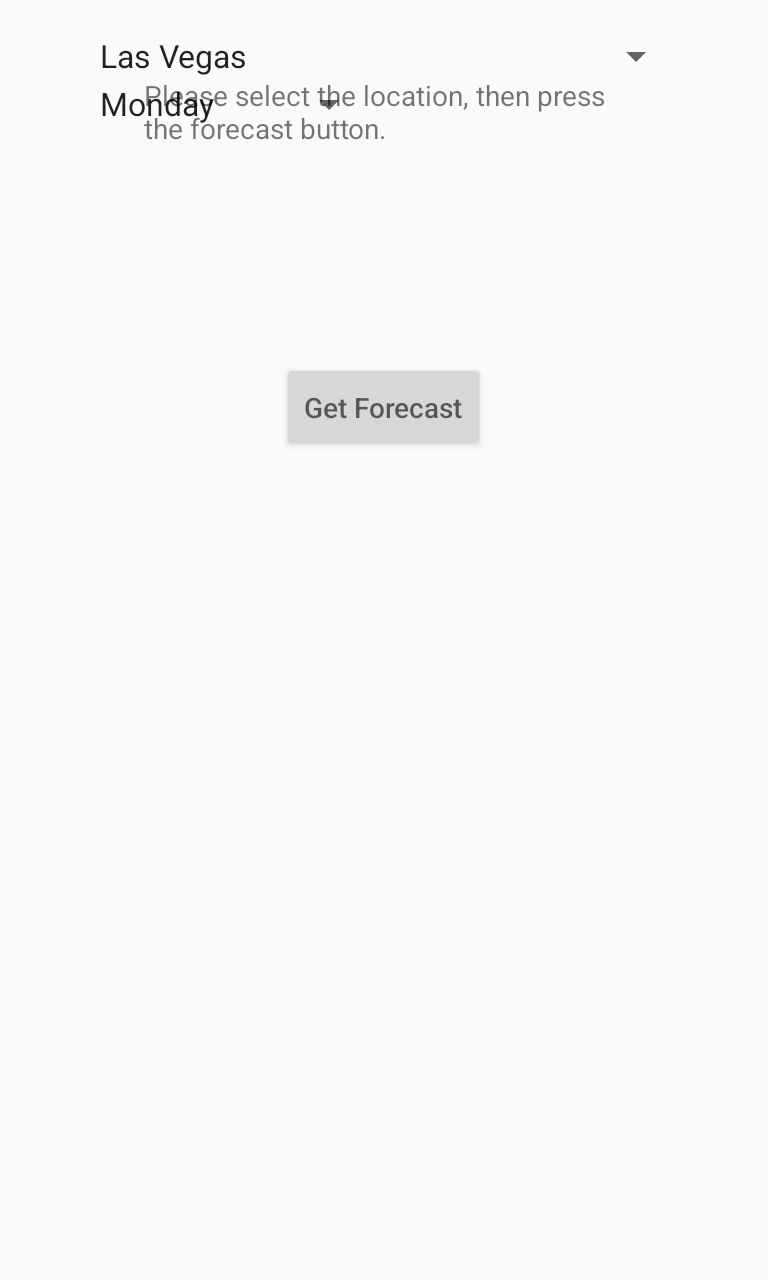
Repository: g80349/Java1
Layout: Week2/Weather/res/layout/activity_main.xml
These files come from the project's save history. The layout is drawn as it stood at one moment and after the next save; the edit follows.
It is drawn on a 768 x 1280 px phone screen (xhdpi) without system bars, with theme AppTheme; the app's code is not run.

Above is the layout before, as saved 2014-04-10 16:44:08.

After the next save:
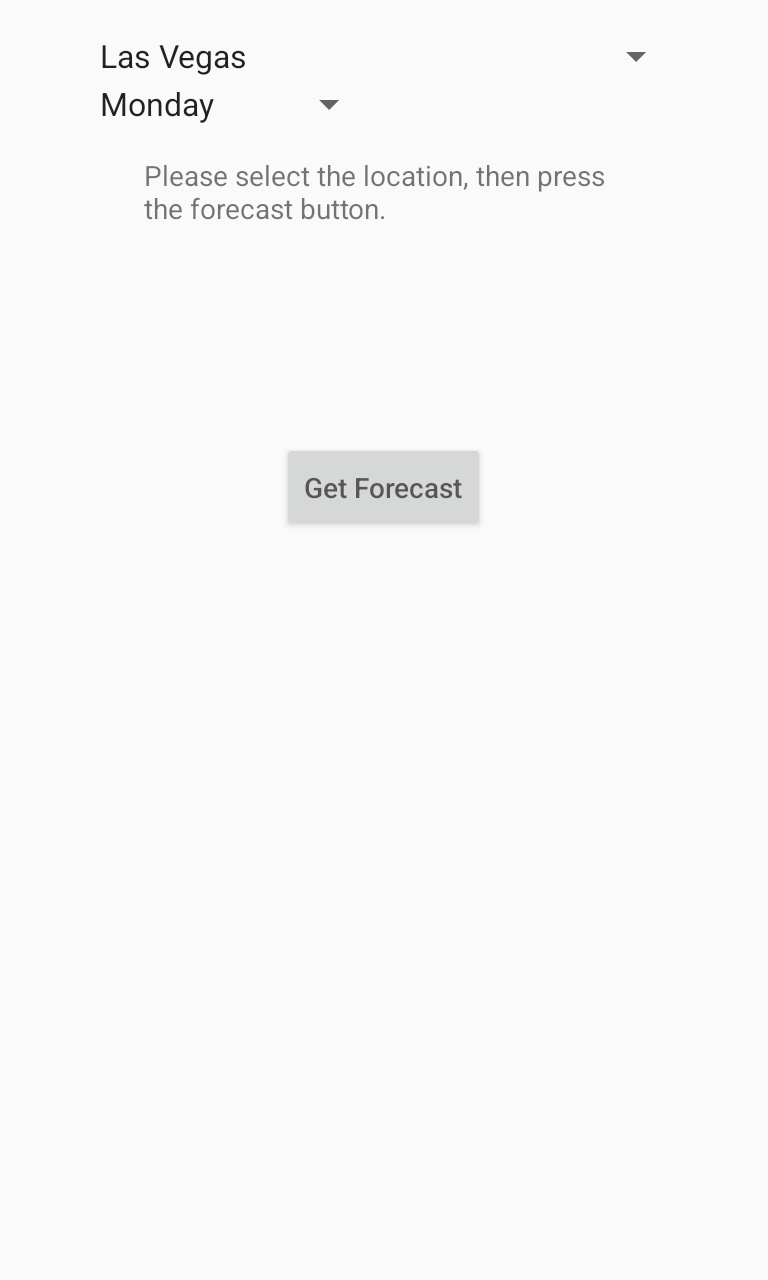
Saved 17 s later.
--- a/Week2/Weather/res/layout/activity_main.xml
+++ b/Week2/Weather/res/layout/activity_main.xml
@@ -38,9 +38,9 @@
         android:id="@+id/forecast"
         android:layout_width="240dp"
         android:layout_height="wrap_content"
-        android:layout_below="@+id/spinner1"
+        android:layout_below="@+id/day"
         android:layout_centerHorizontal="true"
-        android:layout_marginTop="22dp"
+        android:layout_marginTop="14dp"
         android:text="@string/forecast_text" />
 
 </RelativeLayout>
